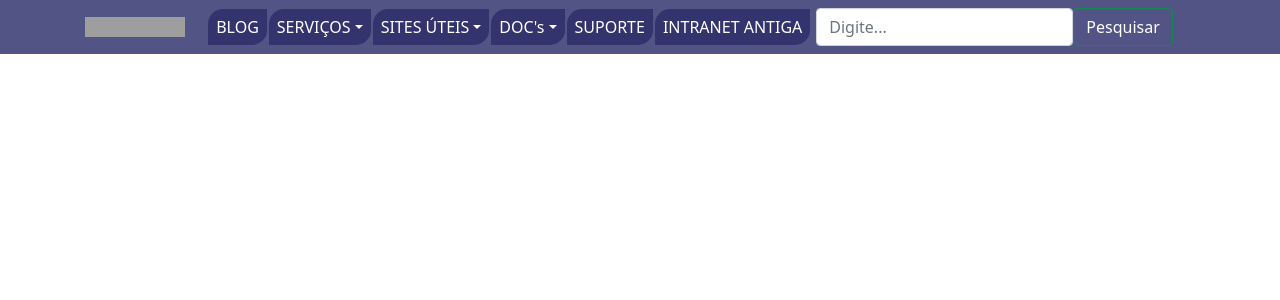
Repository: Leandromarim/INTRANET_PARTICULAR
Page: header.html
The author's editor kept a copy of each file at every save. The page is drawn from the files as they stood at one save, then again after the next save.
The browser window is 1280 px wide. The pictures show the whole page.
Pictures or frames that could not be fetched are drawn as grey boxes.

Above is the page before, as saved 2021-12-14 11:01:02.

After the next save:
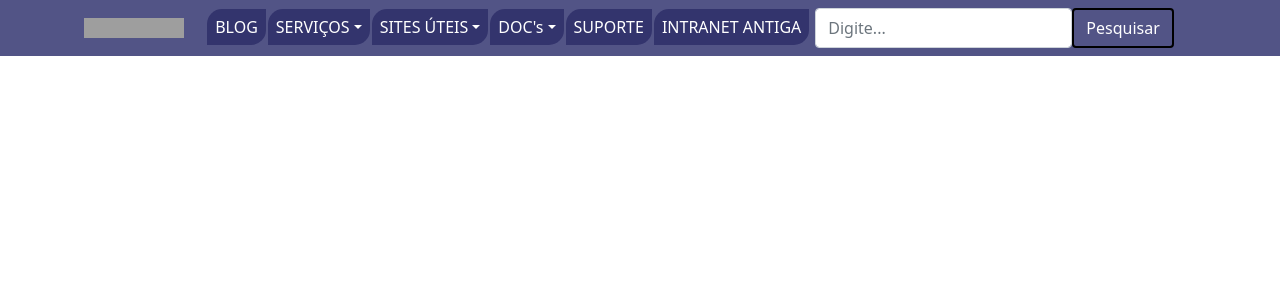
Saved 15 s later.
--- a/assets/css/header.css
+++ b/assets/css/header.css
@@ -79,7 +79,7 @@ nav ul li a {
 button.button-pesquisar{
     background-color: #525486;
     color: #fff;
-    margin: 2px solid black;
+    border: 2px solid black;
 }
 
 button.button-pesquisar:hover{
